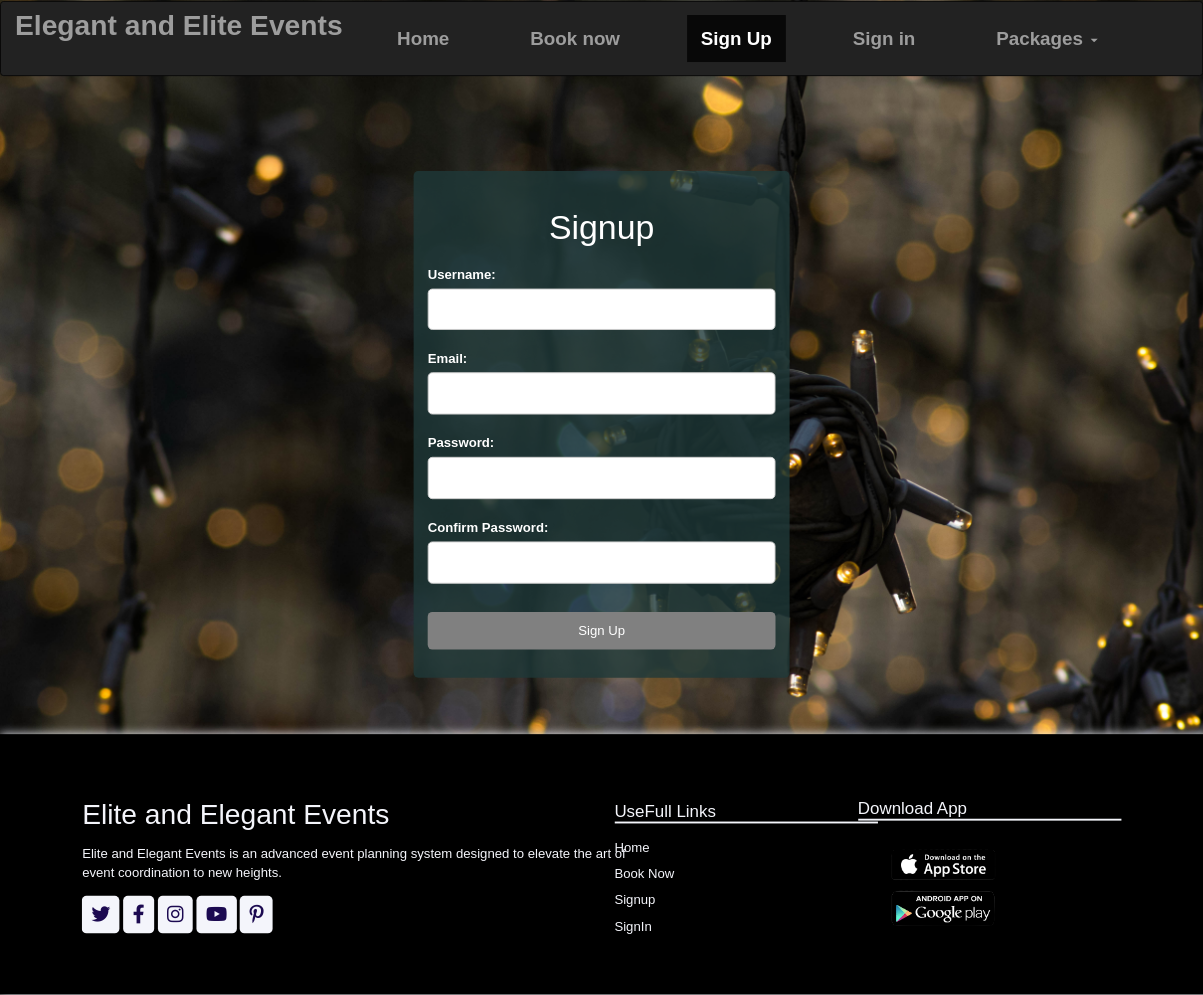
Repository: it22272690/Event-Planning-System
Page: http://localhost/PaymentDemo/Signup.jsp
The author's editor kept a copy of each file at every save. The page is drawn from the files as they stood at one save, then again after the next save.
The browser window is 1280 px wide. The pictures show the whole page, at 94% of full size.
Some web fonts or font styles are not loaded; a fallback is used. The page is served by Tomcat 10.

Above is the page before, as saved 2023-10-25 12:47:51.

After the next save:
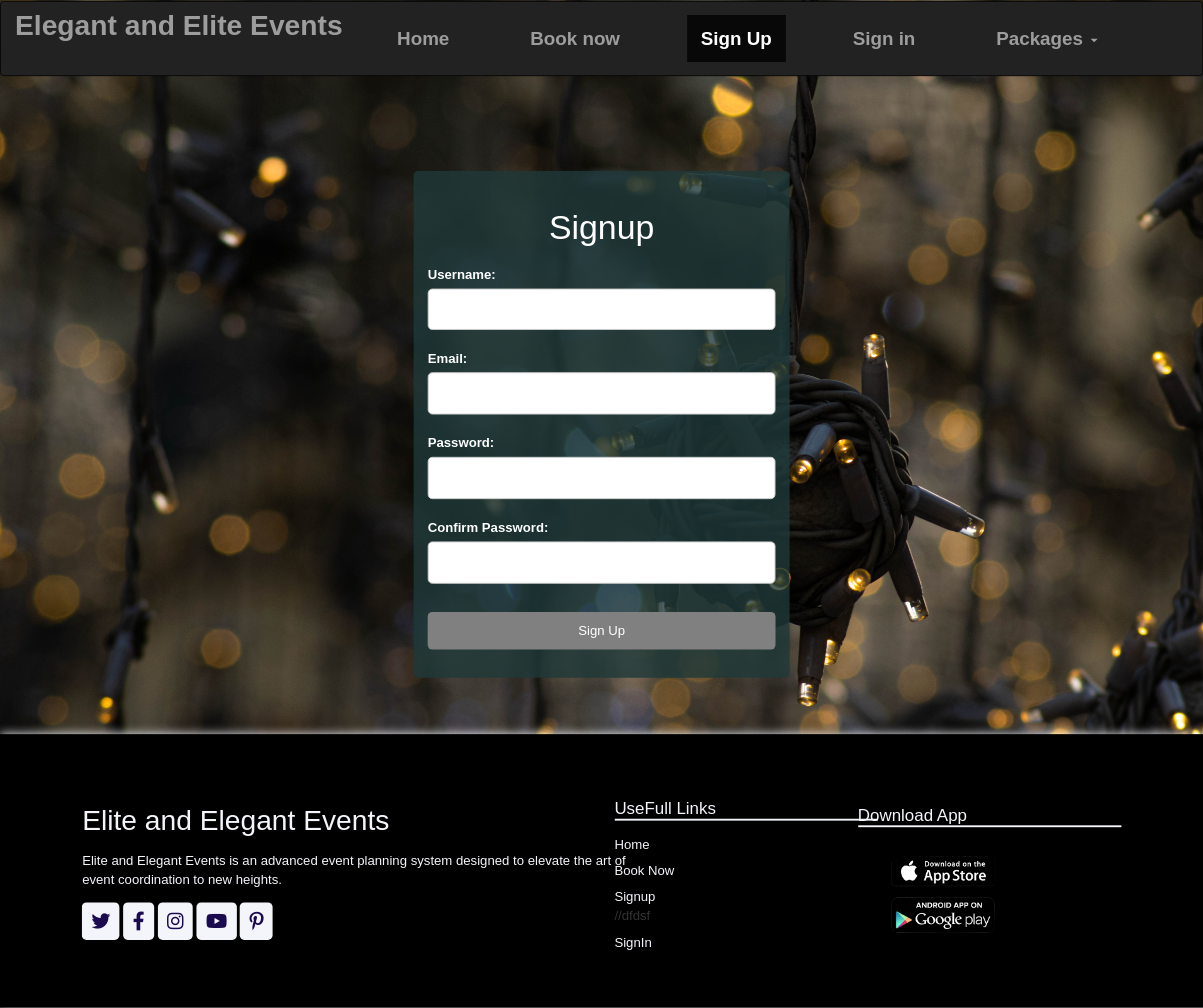
Saved 16 min 38 s later.
--- a/PaymentDemo/src/main/webapp/Signup.jsp
+++ b/PaymentDemo/src/main/webapp/Signup.jsp
@@ -126,7 +126,7 @@
             <ul>
                 <li><a href="#">Home</a></li>
                 <li><a href="#">Book Now</a></li>
-                <li><a href="#">Signup</a></li>
+                <li><a href="#">Signup</a></li>				//dfdsf
                 <li><a href="#">SignIn</a></li>
 
             </ul>

After the save that followed:
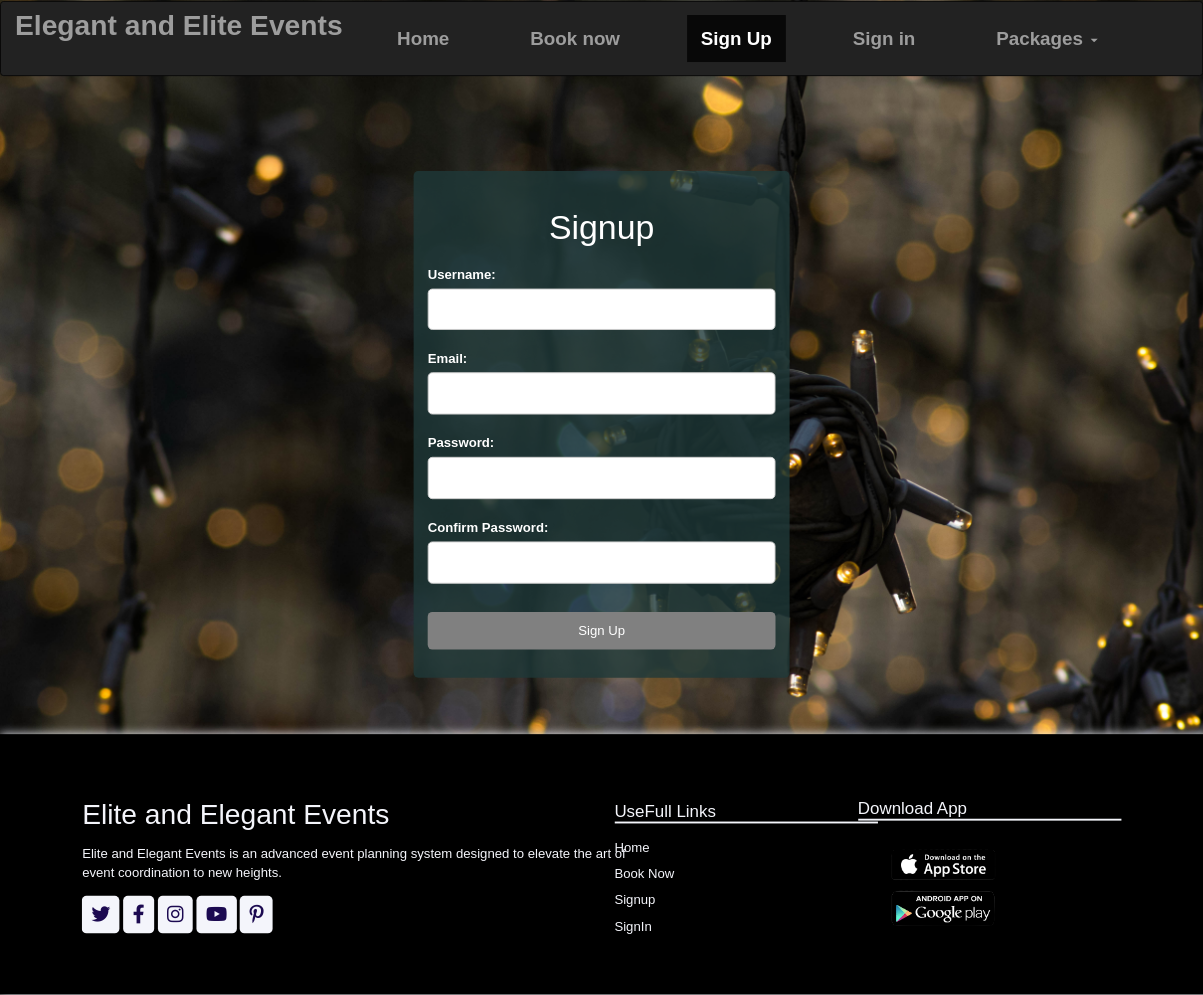
Saved 6 s later.
--- a/PaymentDemo/src/main/webapp/Signup.jsp
+++ b/PaymentDemo/src/main/webapp/Signup.jsp
@@ -126,7 +126,7 @@
             <ul>
                 <li><a href="#">Home</a></li>
                 <li><a href="#">Book Now</a></li>
-                <li><a href="#">Signup</a></li>				//dfdsf
+                <li><a href="#">Signup</a></li>
                 <li><a href="#">SignIn</a></li>
 
             </ul>
